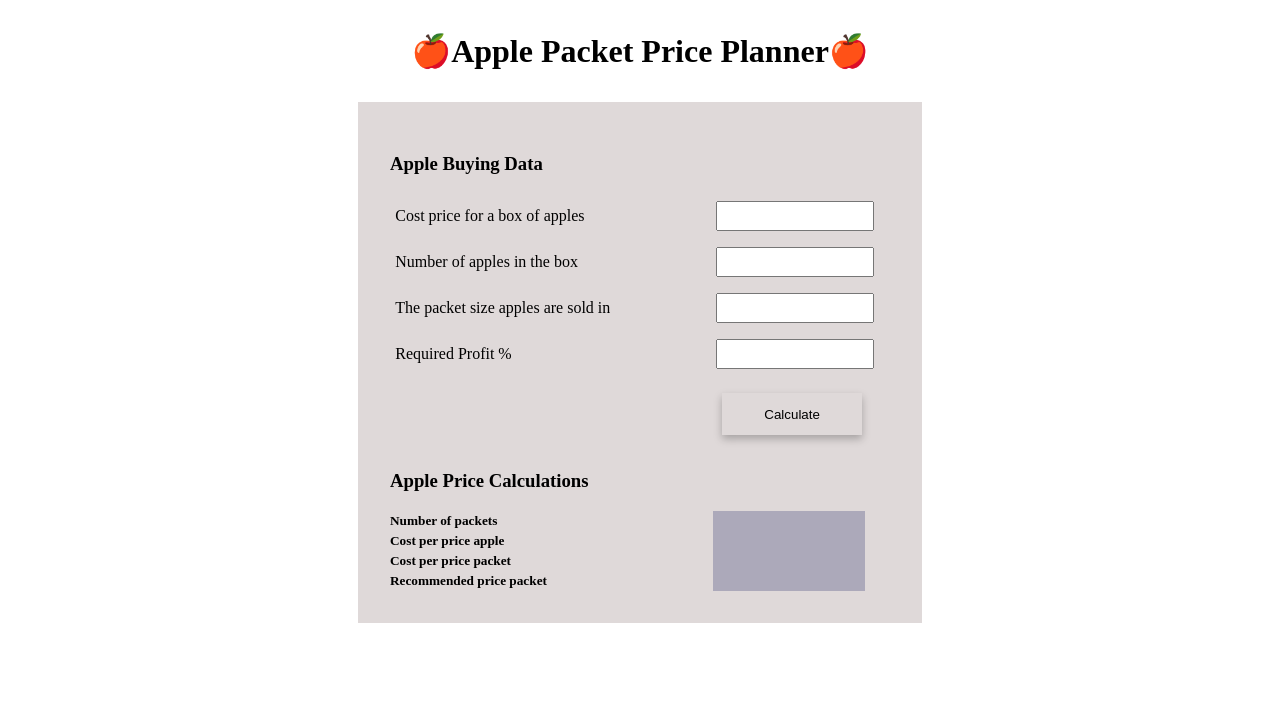
Repository: lasity34/apple-packet-price-planner
Page: index.html
An editor plug-in stored every save of this project. The page is shown before and after the next save, followed by the edit.
The browser window is 1280 px wide. The pictures show the whole page.

Above is the page before, as saved 2023-05-29 14:26:30.

After the next save:
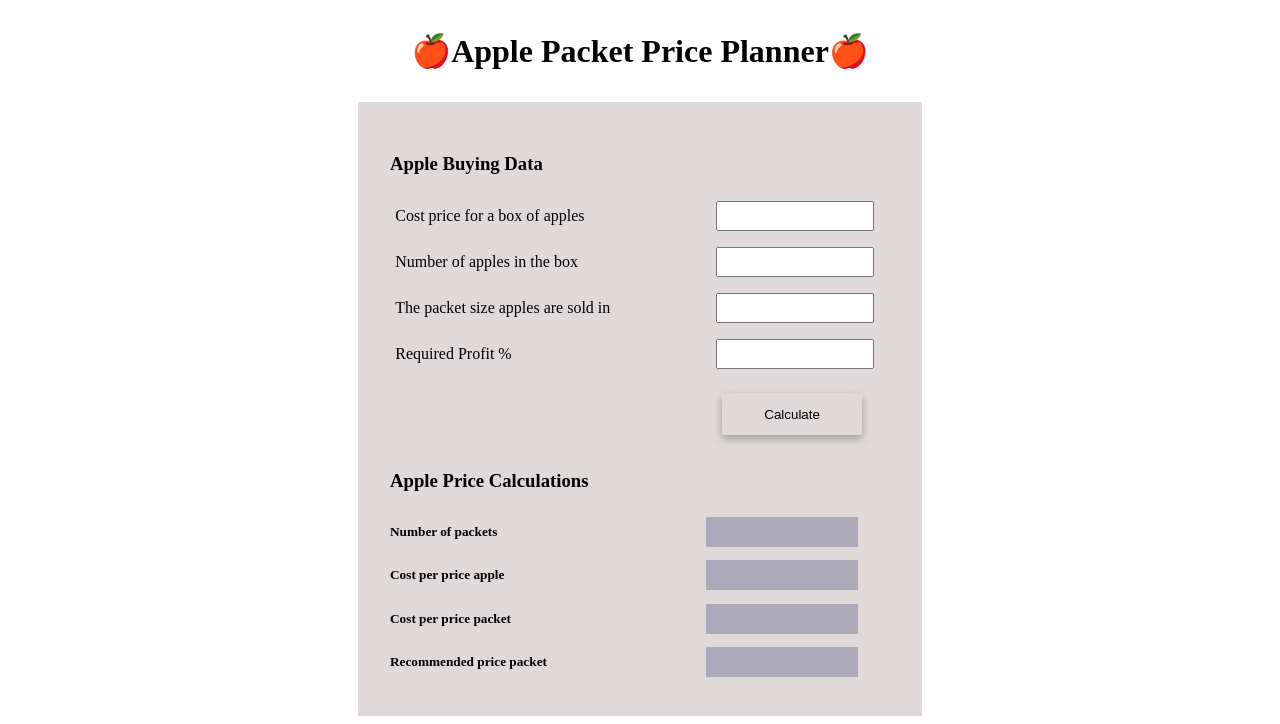
Saved 15 s later.
--- a/style.css
+++ b/style.css
@@ -57,7 +57,7 @@ main {
 }
 
 .data_container h5 {
-    margin: 0;
+    margin: 0.5em;
 }
 
 .data_container h5:nth-of-type(1) {
@@ -71,6 +71,6 @@ main {
     justify-content: center;
     align-items: center;
     width: 32%;
-    height: 20px;
+    height: 30px;
     background-color: rgb(172, 169, 186);
 }
